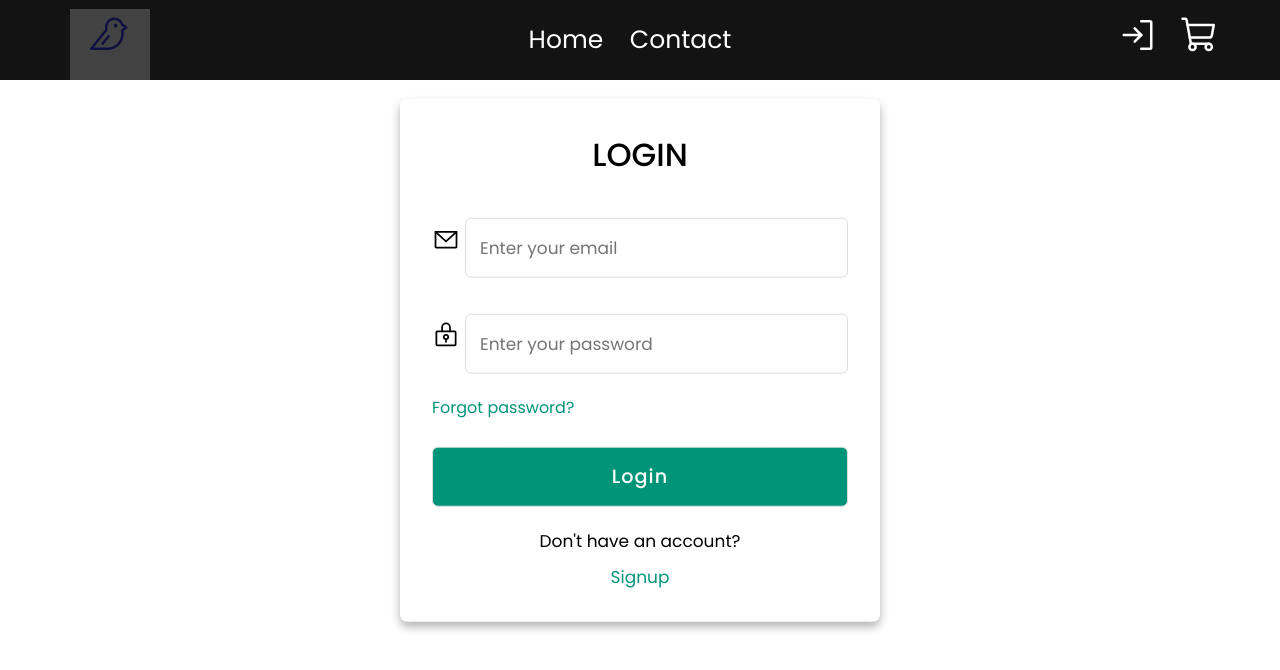
Repository: hoangdanh2/swp301
Page: /register
An editor plug-in stored every save of this project. The page is shown before and after the next save, followed by the edit.
The browser window is 1280 px wide. The pictures show the whole page.
The pointer rests on the first visible `.links a`.
The project was rebuilt for these pictures with package versions that can differ from the ones it lists, and the page was loaded fresh each time. Also part of the build but not shown: src/pages/shop/product.jsx, src/pages/shop/shop.css, src/pages/shop/shop.jsx, src/pages/contact/contact.jsx, src/pages/cart/cart-item.jsx, src/pages/cart/cart.css, src/pages/cart/cart.jsx.

Above is the page before, as saved 2023-05-29 12:59:35.

After the next save:
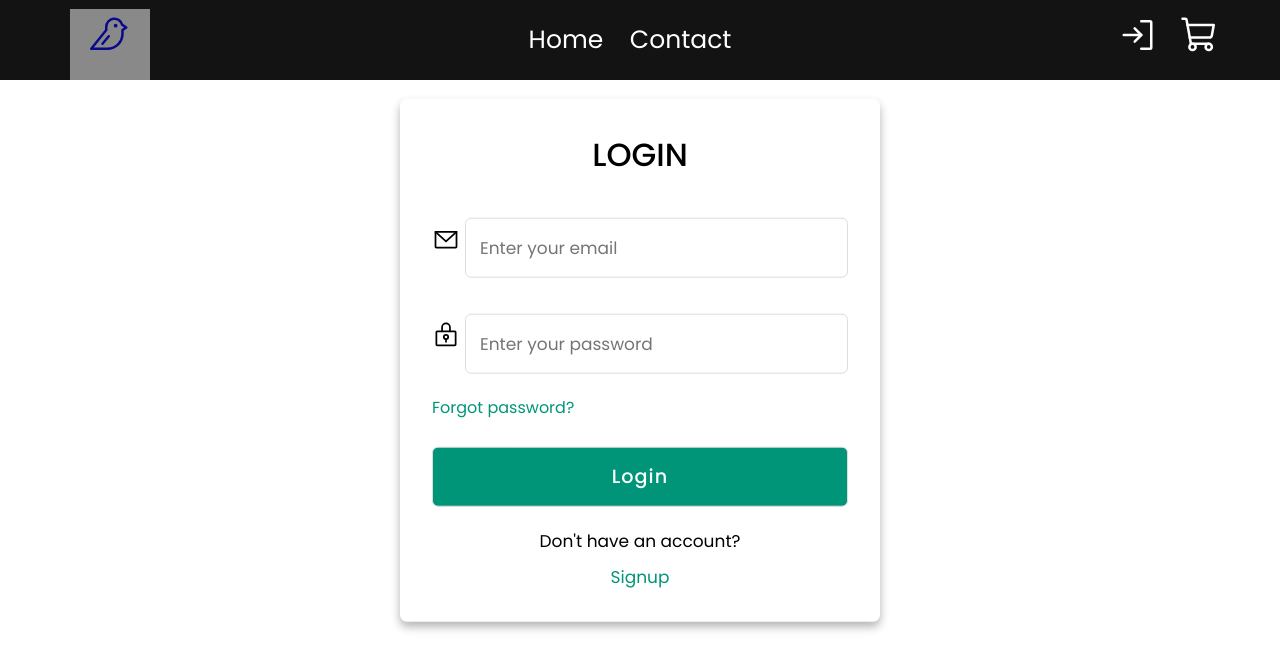
Saved 7 s later.
--- a/src/components/navbar.css
+++ b/src/components/navbar.css
@@ -33,6 +33,6 @@
     width: 100%;
     color: blue;
     background-color: white;
-    opacity: 0.2;
+    opacity: 0.5;
     padding: 20px;
 }
